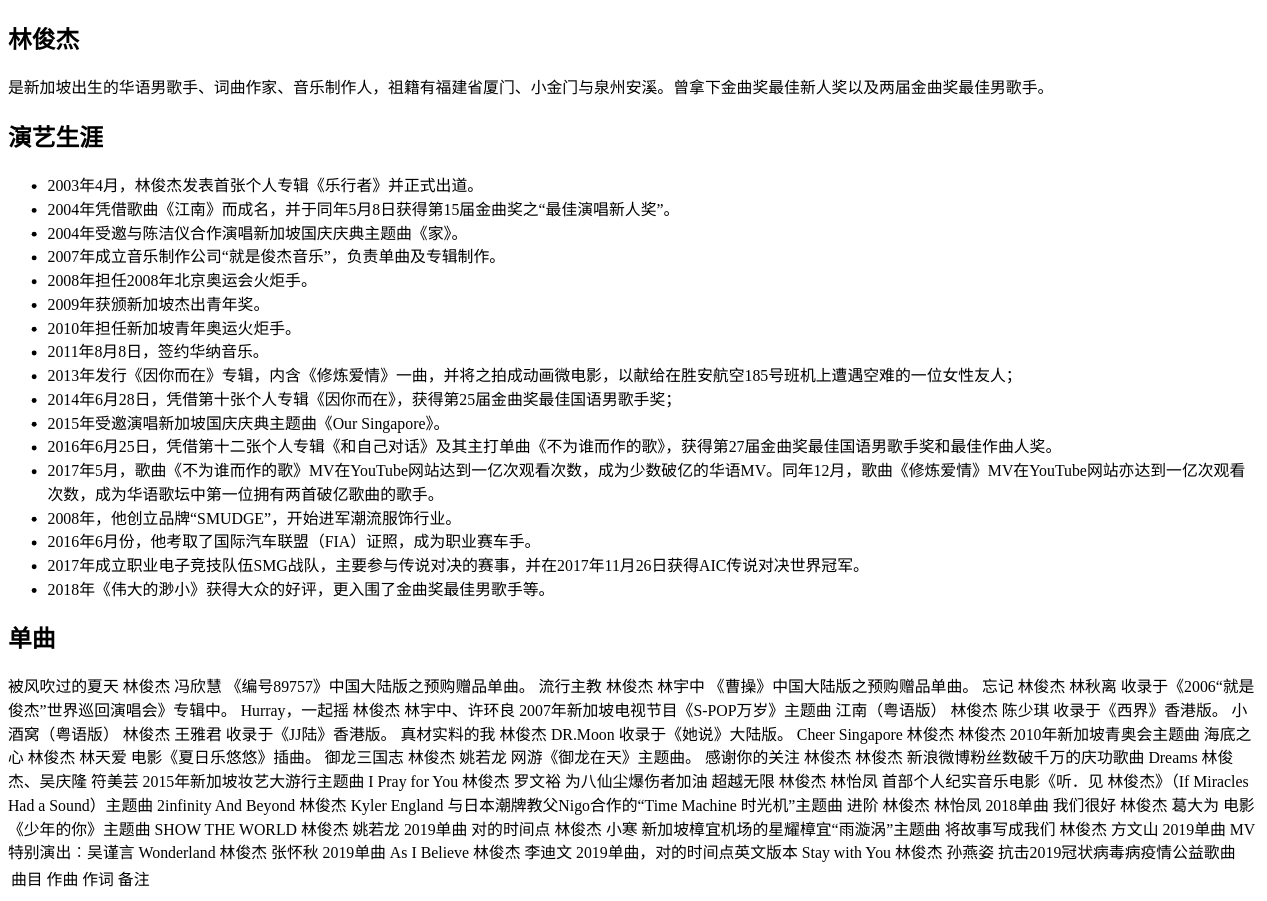
Repository: chenguocan/html_work
Page: html_work.html
These files come from the project's save history. The page is drawn as it stood at one moment and after the next save; the edit follows.
The browser window is 1280 px wide. The pictures show the whole page, at 99% of full size.

Above is the page before, as saved 2020-06-26 10:03:08.

After the next save:
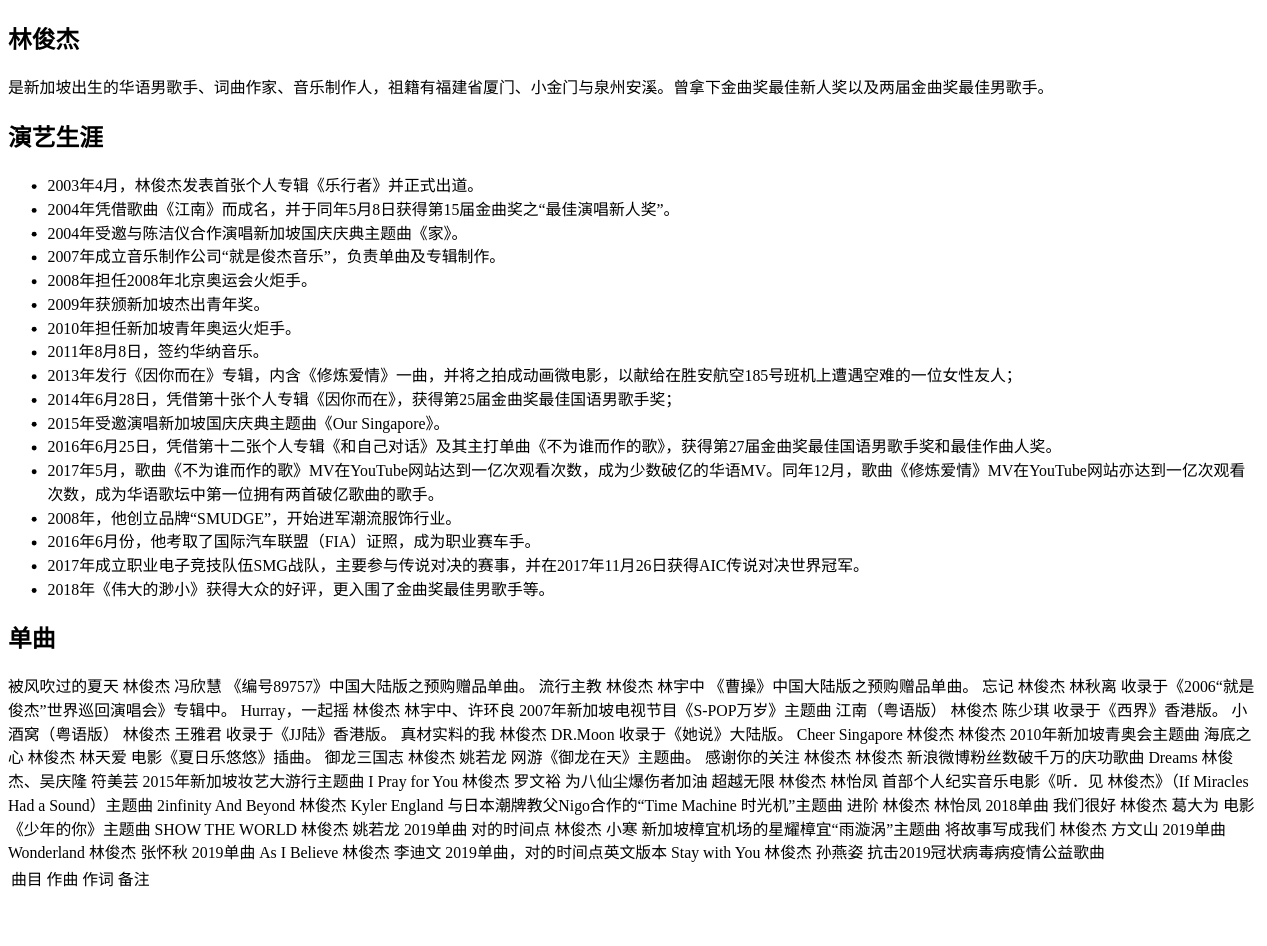
Saved 2 min 59 s later.
--- a/html_work.html
+++ b/html_work.html
@@ -59,27 +59,78 @@
           </tr>
         </thead>
         <tbody>
-          被风吹过的夏天 林俊杰 冯欣慧 《编号89757》中国大陆版之预购赠品单曲。
-          流行主教 林俊杰 林宇中 《曹操》中国大陆版之预购赠品单曲。 忘记 林俊杰
-          林秋离 收录于《2006“就是俊杰”世界巡回演唱会》专辑中。 Hurray，一起摇
-          林俊杰 林宇中、许环良 2007年新加坡电视节目《S-POP万岁》主题曲
-          江南（粤语版） 林俊杰 陈少琪 收录于《西界》香港版。 小酒窝（粤语版）
-          林俊杰 王雅君 收录于《JJ陆》香港版。 真材实料的我 林俊杰 DR.Moon
-          收录于《她说》大陆版。 Cheer Singapore 林俊杰 林俊杰
-          2010年新加坡青奥会主题曲 海底之心 林俊杰 林天爱
-          电影《夏日乐悠悠》插曲。 御龙三国志 林俊杰 姚若龙
-          网游《御龙在天》主题曲。 感谢你的关注 林俊杰 林俊杰
-          新浪微博粉丝数破千万的庆功歌曲 Dreams 林俊杰、吴庆隆 符美芸
-          2015年新加坡妆艺大游行主题曲 I Pray for You 林俊杰 罗文裕
-          为八仙尘爆伤者加油 超越无限 林俊杰 林怡凤 首部个人纪实音乐电影《听．见
-          林俊杰》（If Miracles Had a Sound）主题曲 2infinity And Beyond 林俊杰
-          Kyler England 与日本潮牌教父Nigo合作的“Time Machine 时光机”主题曲 进阶
-          林俊杰 林怡凤 2018单曲 我们很好 林俊杰 葛大为 电影《少年的你》主题曲
-          SHOW THE WORLD 林俊杰 姚若龙 2019单曲 对的时间点 林俊杰 小寒
-          新加坡樟宜机场的星耀樟宜“雨漩涡”主题曲 将故事写成我们 林俊杰 方文山
-          2019单曲 MV特别演出︰吴谨言 Wonderland 林俊杰 张怀秋 2019单曲 As I
-          Believe 林俊杰 李迪文 2019单曲，对的时间点英文版本 Stay with You
-          林俊杰 孙燕姿 抗击2019冠状病毒病疫情公益歌曲
+          <tr>
+            被风吹过的夏天 林俊杰 冯欣慧 《编号89757》中国大陆版之预购赠品单曲。
+          </tr>
+          <tr>
+            流行主教 林俊杰 林宇中 《曹操》中国大陆版之预购赠品单曲。
+          </tr>
+          <tr>
+            忘记 林俊杰 林秋离 收录于《2006“就是俊杰”世界巡回演唱会》专辑中。
+          </tr>
+          <tr>
+            Hurray，一起摇 林俊杰 林宇中、许环良
+            2007年新加坡电视节目《S-POP万岁》主题曲
+          </tr>
+          <tr>
+            江南（粤语版） 林俊杰 陈少琪 收录于《西界》香港版。
+          </tr>
+          <tr>
+            小酒窝（粤语版） 林俊杰 王雅君 收录于《JJ陆》香港版。
+          </tr>
+          <tr>
+            真材实料的我 林俊杰 DR.Moon 收录于《她说》大陆版。
+          </tr>
+          <tr>
+            Cheer Singapore 林俊杰 林俊杰 2010年新加坡青奥会主题曲
+          </tr>
+          <tr>
+            海底之心 林俊杰 林天爱 电影《夏日乐悠悠》插曲。
+          </tr>
+          <tr>
+            御龙三国志 林俊杰 姚若龙 网游《御龙在天》主题曲。
+          </tr>
+          <tr>
+            感谢你的关注 林俊杰 林俊杰 新浪微博粉丝数破千万的庆功歌曲
+          </tr>
+          <tr>
+            Dreams 林俊杰、吴庆隆 符美芸 2015年新加坡妆艺大游行主题曲
+          </tr>
+          <tr>
+            I Pray for You 林俊杰 罗文裕 为八仙尘爆伤者加油
+          </tr>
+          <tr>
+            超越无限 林俊杰 林怡凤 首部个人纪实音乐电影《听．见 林俊杰》（If
+            Miracles Had a Sound）主题曲
+          </tr>
+          <tr>
+            2infinity And Beyond 林俊杰 Kyler England
+            与日本潮牌教父Nigo合作的“Time Machine 时光机”主题曲
+          </tr>
+          <tr>
+            进阶 林俊杰 林怡凤 2018单曲
+          </tr>
+          <tr>
+            我们很好 林俊杰 葛大为 电影《少年的你》主题曲
+          </tr>
+          <tr>
+            SHOW THE WORLD 林俊杰 姚若龙 2019单曲
+          </tr>
+          <tr>
+            对的时间点 林俊杰 小寒 新加坡樟宜机场的星耀樟宜“雨漩涡”主题曲
+          </tr>
+          <tr>
+            将故事写成我们 林俊杰 方文山 2019单曲
+          </tr>
+          <tr>
+            Wonderland 林俊杰 张怀秋 2019单曲
+          </tr>
+          <tr>
+            As I Believe 林俊杰 李迪文 2019单曲，对的时间点英文版本
+          </tr>
+          <tr>
+            Stay with You 林俊杰 孙燕姿 抗击2019冠状病毒病疫情公益歌曲
+          </tr>
         </tbody>
       </table>
     </section>
